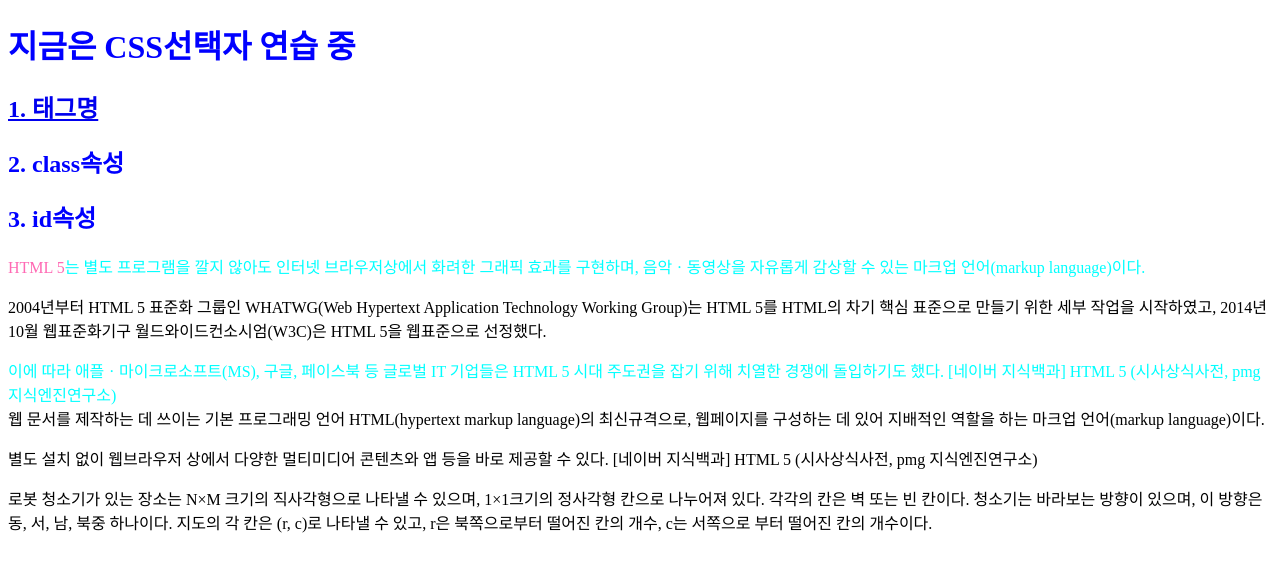
Repository: snowcuphea/webwork_class
Page: clientweb/WebContent/css/css_basic_test02.html
An editor plug-in stored every save of this project. The page is shown before and after the next save, followed by the edit.
The browser window is 1280 px wide. The pictures show the whole page.

Above is the page before, as saved 2020-01-03 01:42:39.

After the next save:
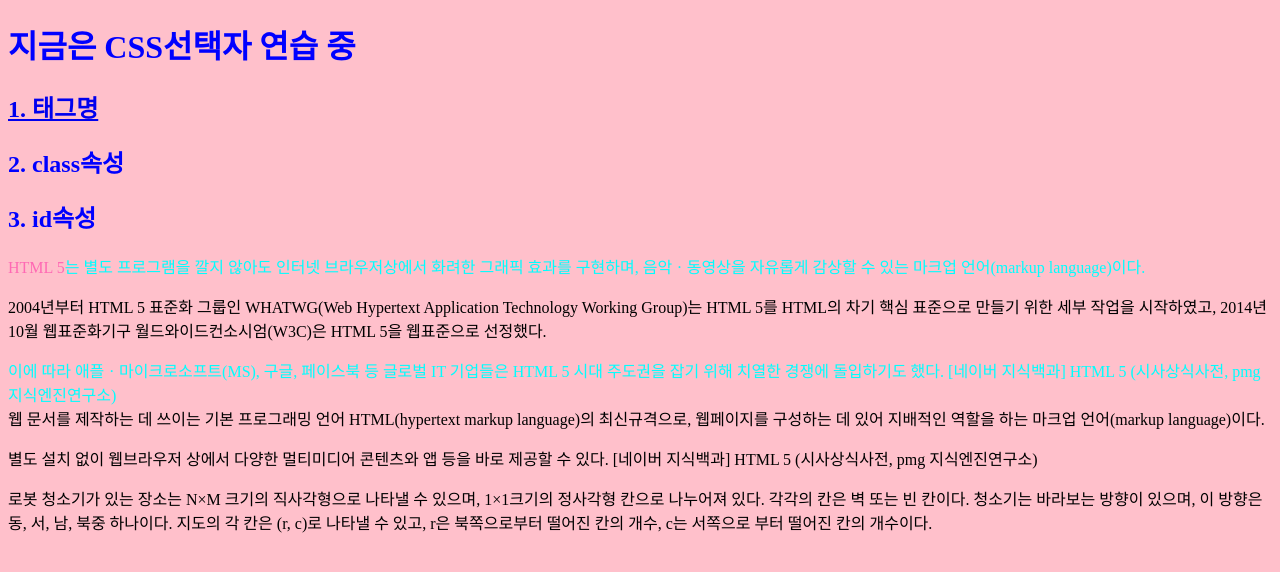
Saved 8 s later.
--- a/clientweb/WebContent/css/css_basic_test02.html
+++ b/clientweb/WebContent/css/css_basic_test02.html
@@ -4,6 +4,8 @@
 <head>
 <meta charset="EUC-KR">
 <title>하위 요소까지 선택 가능</title>
+<link type = "text/css" rel="stylesheet"
+	href="../common/css/mystyle.css">
 <style type="text/css">
 	div a {
 	color: hotpink;
